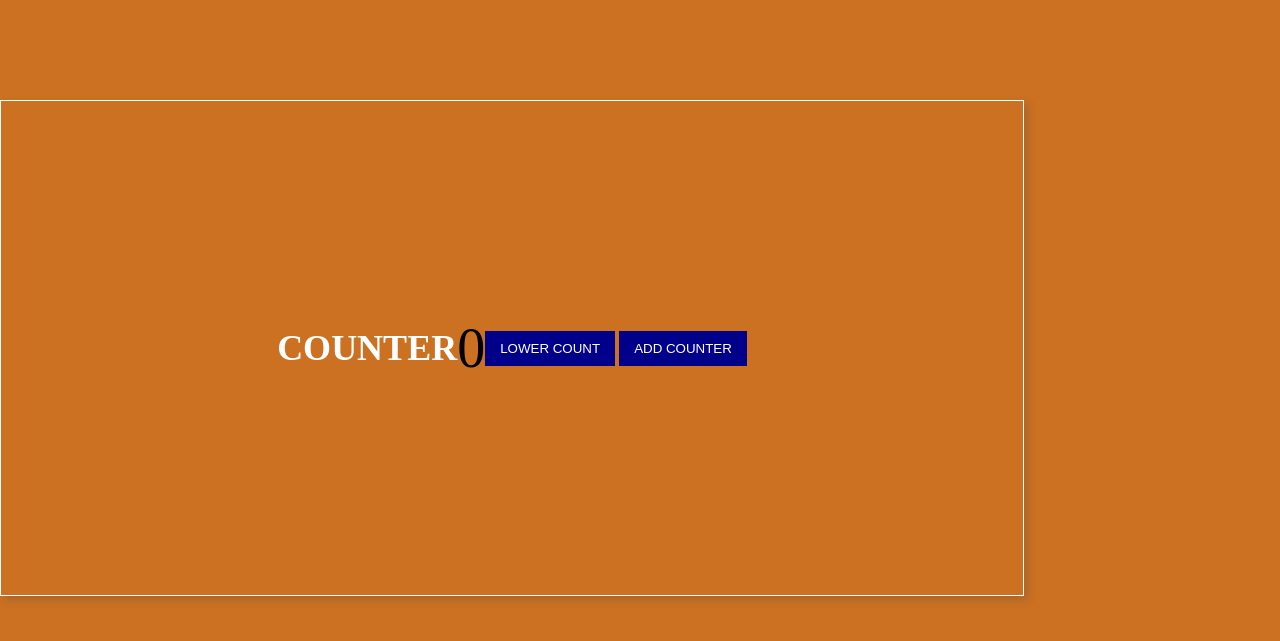
Repository: lusine-tech/counter
Page: index.html
An editor plug-in stored every save of this project. The page is shown before and after the next save, followed by the edit.
The browser window is 1280 px wide. The pictures show the whole page.

Above is the page before, as saved 2022-02-14 17:06:06.

After the next save:
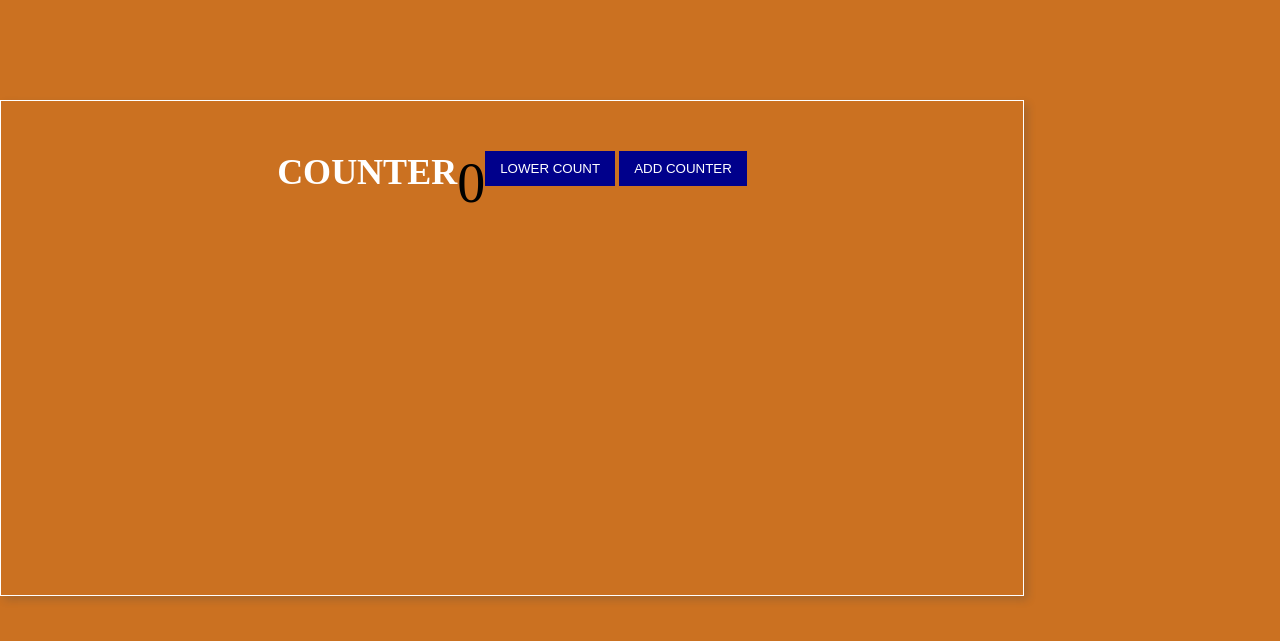
Saved 5 s later.
--- a/style.css
+++ b/style.css
@@ -15,7 +15,7 @@
 .block {
     display: flex;
     justify-content: center;
-    align-items: center;
+
     height: 80%;
     width: 80%;
     border: 1px solid #fff;
